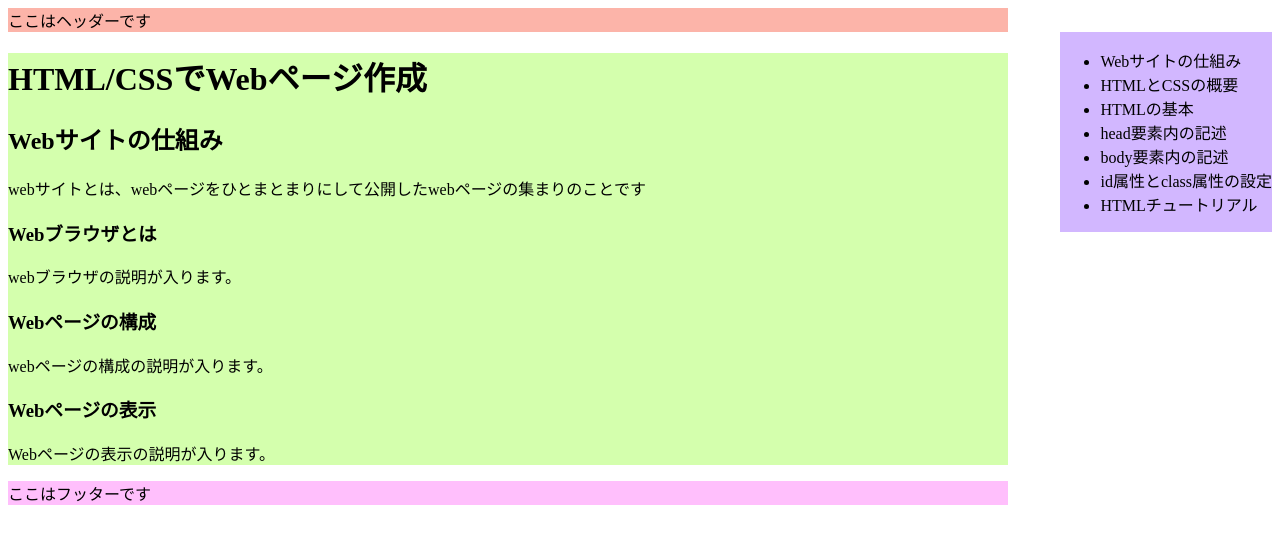
Repository: tak-hs/first-git
Page: kadai-html.html
The author's editor kept a record of every edit. The page is drawn from the files as they stood at one moment, then again after the next edit.
The browser window is 1280 px wide. The pictures show the whole page.

Above is the page before.

After the next edit:
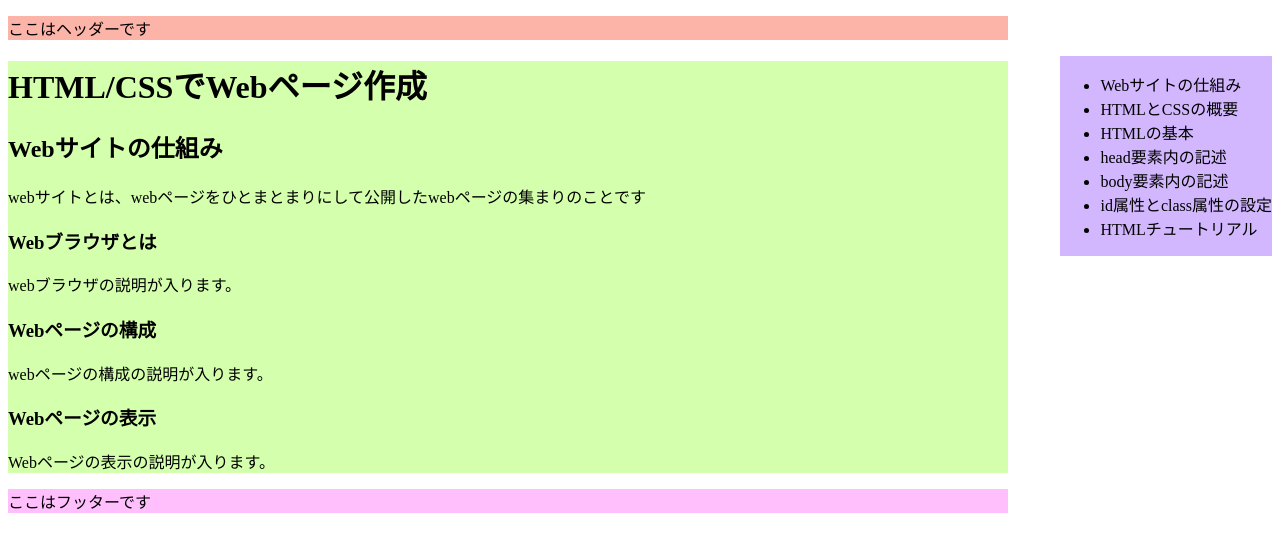
The edit:
--- a/kadai-css.css
+++ b/kadai-css.css
@@ -6,7 +6,6 @@
 
 header p{
     width:1000px;
-    margin:0 0;
     background-color: #fcb4a9;
 }
 
